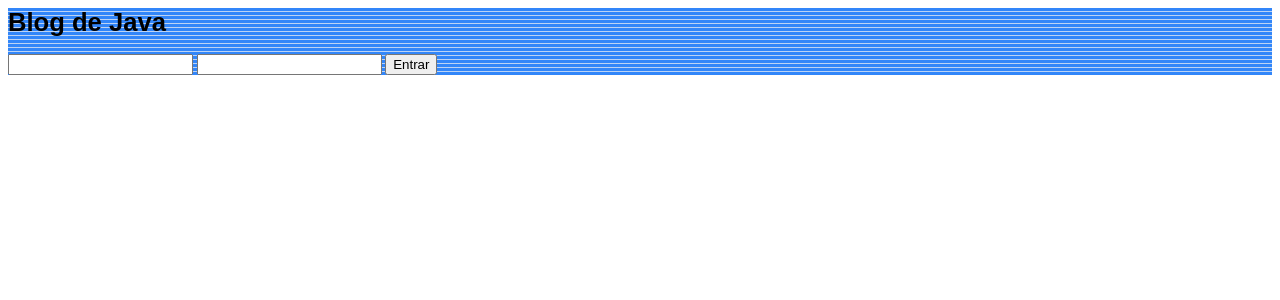
Repository: alruis/IJavaDreamBlog
Page: http://localhost/IJavaBlog/jsp/blog/cabecera.jsp
These files come from the project's save history. The page is drawn as it stood at one moment and after the next save; the edit follows.
The browser window is 1280 px wide. The pictures show the whole page.
The page is served by Tomcat 9. Nobody is signed in. The application's start-up code is not run. Other server files are loaded and not shown.

Above is the page before, as saved 2014-09-26 11:15:13.

### IJavaBlog/WebContent/jsp/blog/cabecera.jsp
<%@ page language="java" contentType="text/html; charset=UTF-8"
    pageEncoding="UTF-8"%>
<%@ taglib prefix="c" uri="http://java.sun.com/jsp/jstl/core" %>

<!--  <link href="css/cabecera.css" rel="stylesheet" type="text/css" /> -->
	<!--  <link href="css/bootstrap.css" rel="stylesheet" type="text/css" />  -->
	<link href="css/ijavablog.css" rel="stylesheet" type="text/css" />
<div id="cabecera" class="cabecera">
	<form action="autenticar.blog" method="post">
	<div onclick="javascript:location.href='index.blog'"><h1>Blog de Java</h1></div>
	<div>
		<c:choose>
			<c:when test="${empty sessionScope.usuario}">
				<input type="text" name="correo" />
				<input type="text" name="clave" />
				<input type="submit" value="Entrar" />
			</c:when>
			<c:otherwise>
			<span style="text-align: right;">
				Bienvenido, ${sessionScope.usuario.correo }
				<a href="cerrarSesion.blog">Cerrar sesión</a>
			</span>
			</c:otherwise>
		</c:choose>
	</div>
	</form>
</div>

### IJavaBlog/WebContent/css/ijavablog.css
h1 {
	text-align: left;
}

html{
	font-family:Arial, Helvetica, sans-serif;
	font-size:80%;

}

#body {
	clear: both;

}

#registrarUsuario {
	text-align: right;
}





	div.cabecera{
    background:  url("../img/FondoCabecera.png");
     width:100%;

	}

	div.navegacion{
	background-color:#eeeeee;
    width:20%;
    float:left;

	}

	div.entradas{
	width:60%;
    float:left;


	}

	div.enlaces{
 	background-color:#eeeeee;
    width:20%;
    float:left;


	}


	div.pie{
	 background-color:black;
      width:100%;
    color:white;


	}

After the next save:
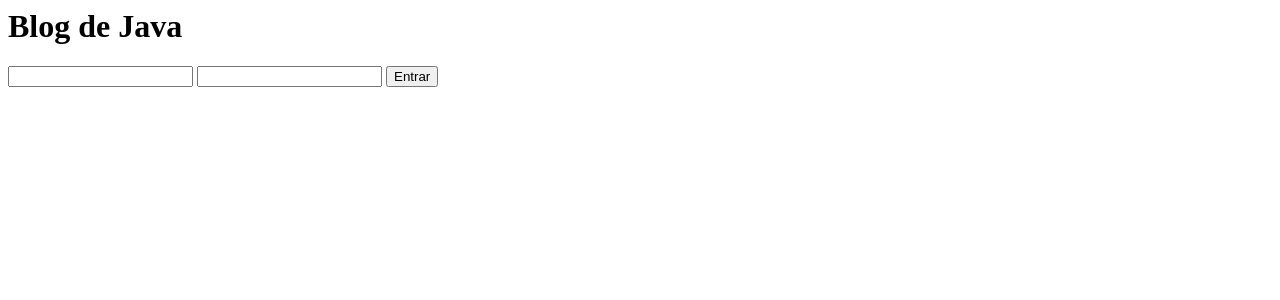
Saved 48 s later.
--- a/IJavaBlog/WebContent/jsp/blog/cabecera.jsp
+++ b/IJavaBlog/WebContent/jsp/blog/cabecera.jsp
@@ -4,8 +4,8 @@
 
 <!--  <link href="css/cabecera.css" rel="stylesheet" type="text/css" /> -->
 	<!--  <link href="css/bootstrap.css" rel="stylesheet" type="text/css" />  -->
-	<link href="css/ijavablog.css" rel="stylesheet" type="text/css" />
-<div id="cabecera" class="cabecera">
+
+<div id="cabecera" ">
 	<form action="autenticar.blog" method="post">
 	<div onclick="javascript:location.href='index.blog'"><h1>Blog de Java</h1></div>
 	<div>
